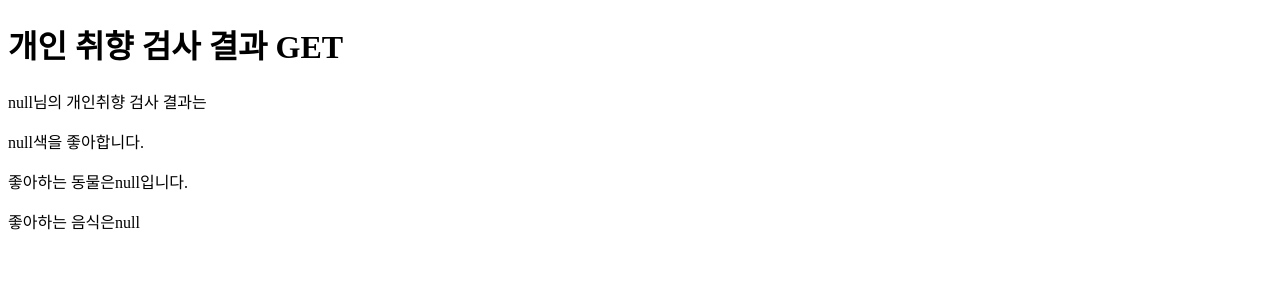
Repository: kianpas/KH_Server
Page: http://localhost/01_helloweb/testPerson1.do
These files come from the project's save history. The page is drawn as it stood at one moment and after the next save; the edit follows.
The browser window is 1280 px wide. The pictures show the whole page.
The page is served by Tomcat 9.

Above is the page before, as saved 2021-03-22 11:25:28.

After the next save:
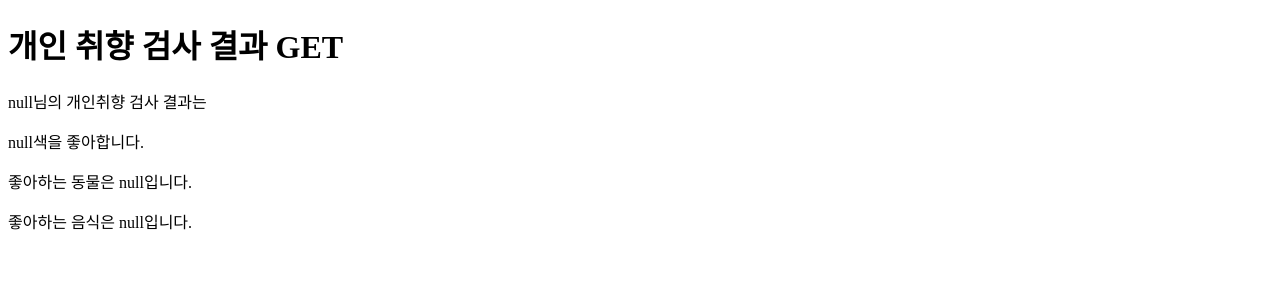
Saved 49 s later.
--- a/01_helloweb/src/com/kh/web/servlet/TestPerson1Servlet.java
+++ b/01_helloweb/src/com/kh/web/servlet/TestPerson1Servlet.java
@@ -76,8 +76,8 @@ public class TestPerson1Servlet extends HttpServlet{
 			out.println("<h1>개인 취향 검사 결과 GET</h1>");
 			out.println("<p>"+ name + "님의 개인취향 검사 결과는 " + "</p>");
 			out.println("<p>"+ color + "색을 좋아합니다." + "</p>");
-			out.println("<p>좋아하는 동물은"+ animal + "입니다.</p>");
-			out.println("<p>좋아하는 음식은"+ Arrays.toString(foodArr)+"</p>");
+			out.println("<p>좋아하는 동물은 "+ animal + "입니다.</p>");
+			out.println("<p>좋아하는 음식은 "+ Arrays.toString(foodArr)+"입니다.</p>");
 			out.println("</body>");
 			out.println("</html>");
 		}
